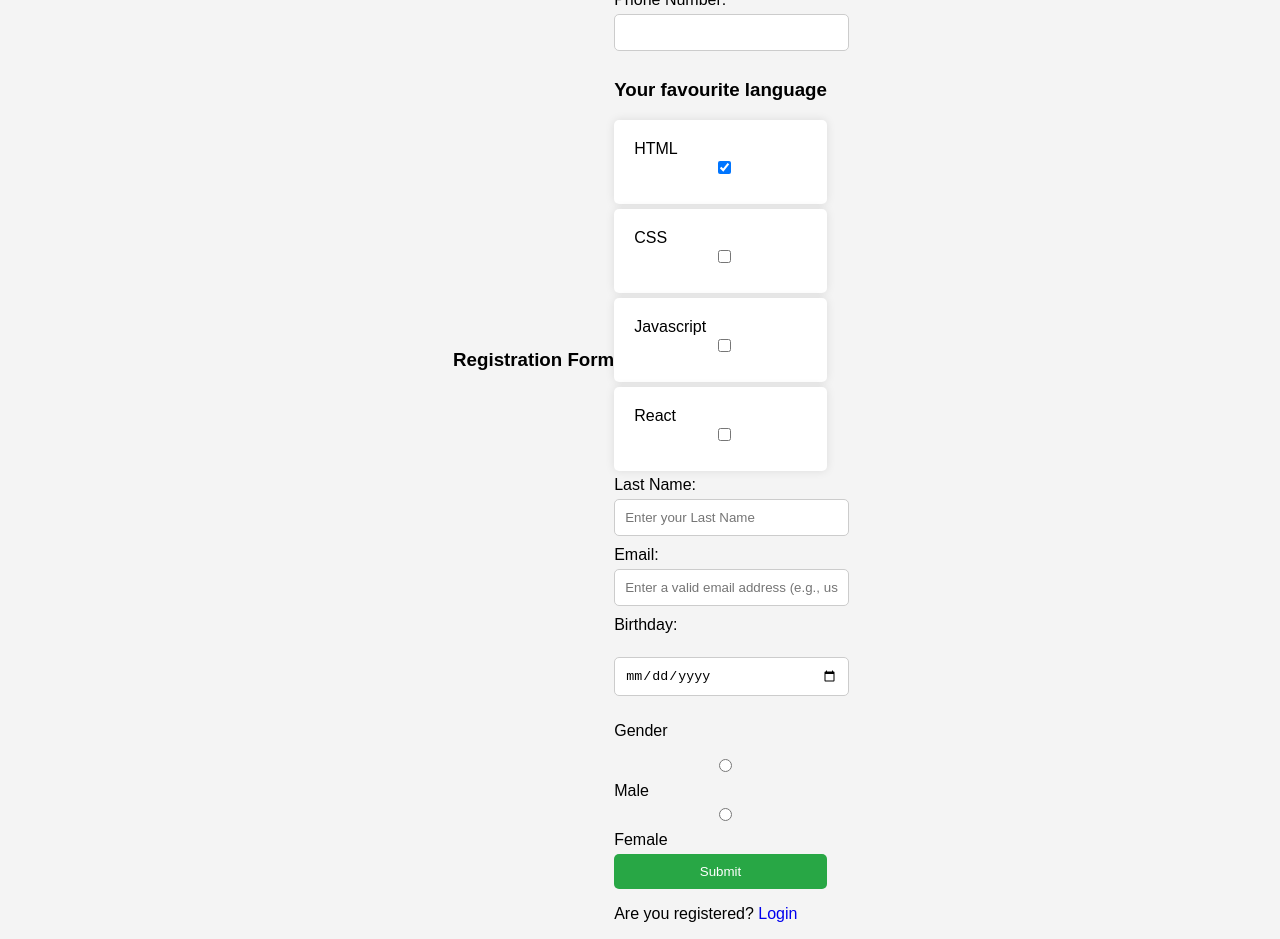
Repository: alizey12/Regestratin-Form-js
Page: regester.html
An editor plug-in stored every save of this project. The page is shown before and after a run of saves, followed by the edit.
The browser window is 1280 px wide. The pictures show the whole page.

Above is the page before, as saved 2024-11-29 19:27:09.

### regester.html
<!DOCTYPE html>
<html lang="en">
<head>
    <meta charset="UTF-8">
    <meta name="viewport" content="width=device-width, initial-scale=1.0">
    <link rel="stylesheet" href="regester.css">
    <title>Registration Form</title>
</head>
<body>
    <h3>Registration Form</h3>
    <div class="main">
        <form action="">
            <div class="grid-container">
                <div>
                    <label for="first">First Name:</label>
                    <input type="text" id="first" name="first" placeholder="Enter your First Name" required>

                    <label for="username">Username:</label>
                    <input type="text" id="username" name="username" placeholder="Enter your Username" required>

                    <label for="password">
                        Password:
                    </label>
                    <input type="password" id="password" name="password"   pattern="^(?=.*[A-Za-z])(?=.*\d)[A-Za-z\d]{8,}$"
                   placeholder="Password must be at least 8 characters long and include at least one letter and one number.">

                    <label for="quantity">Phone Number:</label>
                    <input type="number" id="quantity" name="quantity" min="1" max="15">

                    <h3 class="heading">Your favourite language</h3>
                    <label class="container">HTML
                        <input type="checkbox" checked="checked">
                        <span class="checkmark"></span>
                      </label>

                      <label class="container">CSS
                        <input type="checkbox">
                        <span class="checkmark"></span>
                      </label>

                      <label class="container">Javascript
                        <input type="checkbox">
                        <span class="checkmark"></span>
                      </label>

                      <label class="container">React
                        <input type="checkbox">
                        <span class="checkmark"></span>
                      </label>


                </div>
                <div>
                    <label for="second">Last Name:</label>
                    <input type="text" id="second" name="second" placeholder="Enter your Last Name" required>

                    <label for="first">
                        Email:
                    </label>
                    <input type="email" id="first" name="email"  pattern="^[a-zA-Z0-9._%+-]+@[a-zA-Z0-9.-]+\.[a-zA-Z]{2,}$"

                        placeholder="Enter a valid email address (e.g., user@example.com)" required>


                    <label for="birthday">Birthday:</label>
                    <br>
                    <input type="date" id="birthday" name="birthday">
                    <div class="gen-rad">
                        <p>Gender</p>
                        <input type="radio" id="male" name="gender" value="male">
                        <label for="male">Male</label>
                        <input type="radio" id="female" name="gender" value="female">
                        <label for="female">Female</label>
                    </div>


                </div>
            </div>
            <div class="wrap">
                <button type="submit">Submit</button>
            </div>
        </form>
        <p>Are you registered?
            <a href="signin.html" style="text-decoration: none;">Login</a>
        </p>
    </div>
</body>
</html>

### regester.css
/* body {
    display: flex;
    align-items: center;
    justify-content: center;
    font-family: sans-serif;
    line-height: 1.5;
    min-height: 100vh;
    background: #f3f3f3;
    flex-direction: column;
    margin: 0;
}

.main {
    background-color: #fff;
    border-radius: 15px;
    box-shadow: 0 0 20px rgba(0, 0, 0, 0.2);
    padding: 20px;
    transition: transform 0.2s;
    width: 800px;
}

h3 {
    color: #4CAF50;
    text-align: center;
}

label {
    display: block;
    margin-top: 10px;
    margin-bottom: 5px;
    text-align: left;
    color: #555;
    font-weight: bold;
}

input {
    display: block;
    width: 90%;
    margin-bottom: 15px;
    padding: 10px;
    box-sizing: border-box;
    border: 1px solid #ddd;
    border-radius: 5px;
}

button {
    padding: 15px;
    border-radius: 10px;
    margin-top: 15px;
    border: none;
    color: white;
    cursor: pointer;
    background-color: #4CAF50;
    font-size: 16px;
}

.wrap {
    display: flex;
    justify-content: center;
    align-items: center;
}

.grid-container {
    display: grid;

    grid-template-columns: 1fr 1fr;
    gap: 20px;
}

.grid-container div {
    padding: 5px;
}


.container {
    display: block;
    position: relative;
    padding-left: 35px;
    margin-bottom: 12px;
    cursor: pointer;
    font-size: 15px;
    -webkit-user-select: none;
    -moz-user-select: none;
    -ms-user-select: none;
    user-select: none;
  }
  .gen-rad{
    margin-top: 20%;
  }
  .container input {
    position: absolute;
    opacity: 0;
    cursor: pointer;
    height: 0;
    width: 0;
  }
  .heading{
    color: rgb(65, 63, 63);
    display: contents;
  padding: 5px;
  }
  .checkmark {
    position: absolute;
    top: 0;
    left: 0;
    height: 25px;
    width: 25px;
    background-color: #eee;
  }

  .container:hover input ~ .checkmark {
    background-color: #ccc;
  }

  .container input:checked ~ .checkmark {
    background-color: #279e63;
  }

  .checkmark:after {
    content: "";
    position: absolute;
    display: none;
  }

  .container input:checked ~ .checkmark:after {
    display: block;
  }


  .container .checkmark:after {
    left: 9px;
    top: 5px;
    width: 5px;
    height: 10px;
    border: solid white;
    border-width: 0 3px 3px 0;
    -webkit-transform: rotate(45deg);
    -ms-transform: rotate(45deg);
    transform: rotate(45deg);
  }


.gen-rad p {
    margin-bottom: 1px;
    font-weight: bold;
    color: #555;
}


.gen-rad label {

    font-size: 14px;
    color: #333;
} */


body {
    font-family: Arial, sans-serif;
    background-color: #f4f4f4;
    display: flex;
    justify-content: center;
    align-items: center;
    height: 100vh;
    margin: 0;
}

.container {
    background-color: #fff;
    padding: 20px;
    border-radius: 5px;
    box-shadow: 0 0 10px rgba(0, 0, 0, 0.1);
}

h1 {
    margin-bottom: 20px;
}

label {
    display: block;
    margin-bottom: 5px;
}

input {
    width: 100%;
    padding: 10px;
    margin-bottom: 10px;
    border: 1px solid #ccc;
    border-radius: 5px;
}

button {
    width: 100%;
    padding: 10px;
    background-color: #28a745;
    color: #fff;
    border: none;
    border-radius: 5px;
    cursor: pointer;
}

button:hover {
    background-color: #218838;
}

After the next 2 saves:
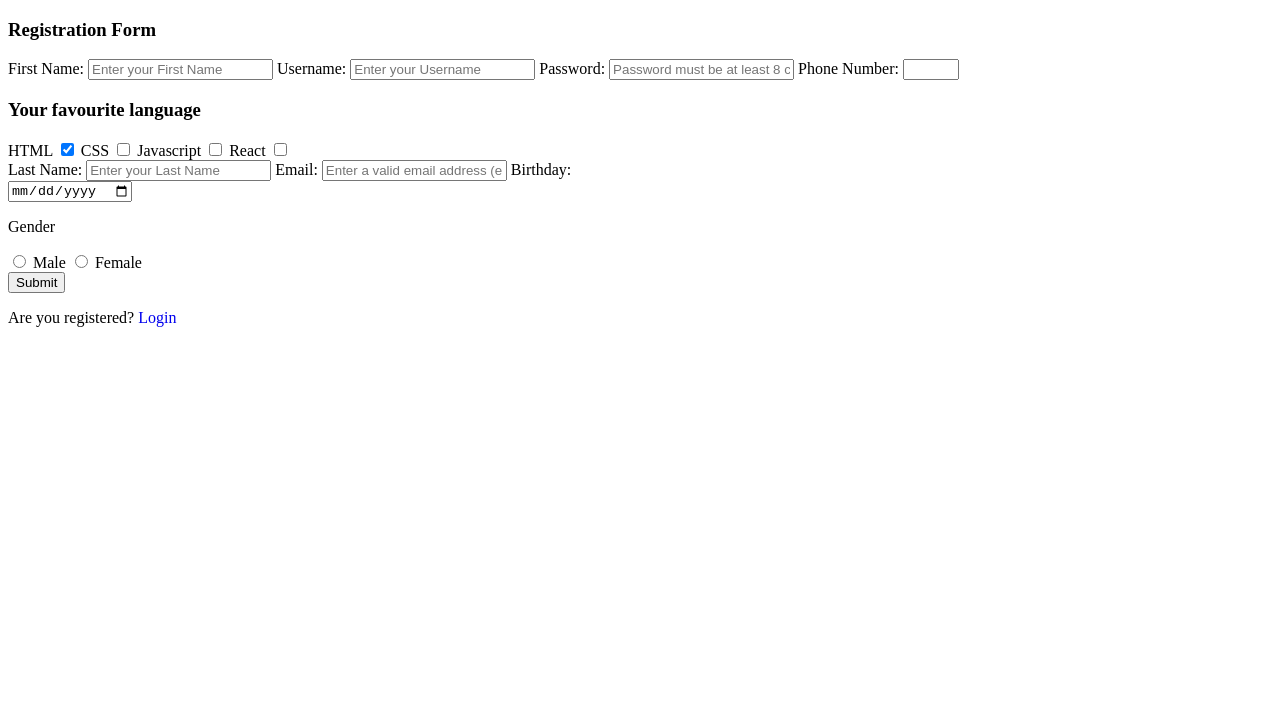
The 2 saves are shown as one change because they came seconds apart.
The last was saved 16 s later.
--- a/regester.css
+++ b/regester.css
@@ -151,9 +151,9 @@ button {
 
     font-size: 14px;
     color: #333;
-} */
-
-
+}
+
+/*
 body {
     font-family: Arial, sans-serif;
     background-color: #f4f4f4;
@@ -200,4 +200,4 @@ button {
 
 button:hover {
     background-color: #218838;
-}
+} */
